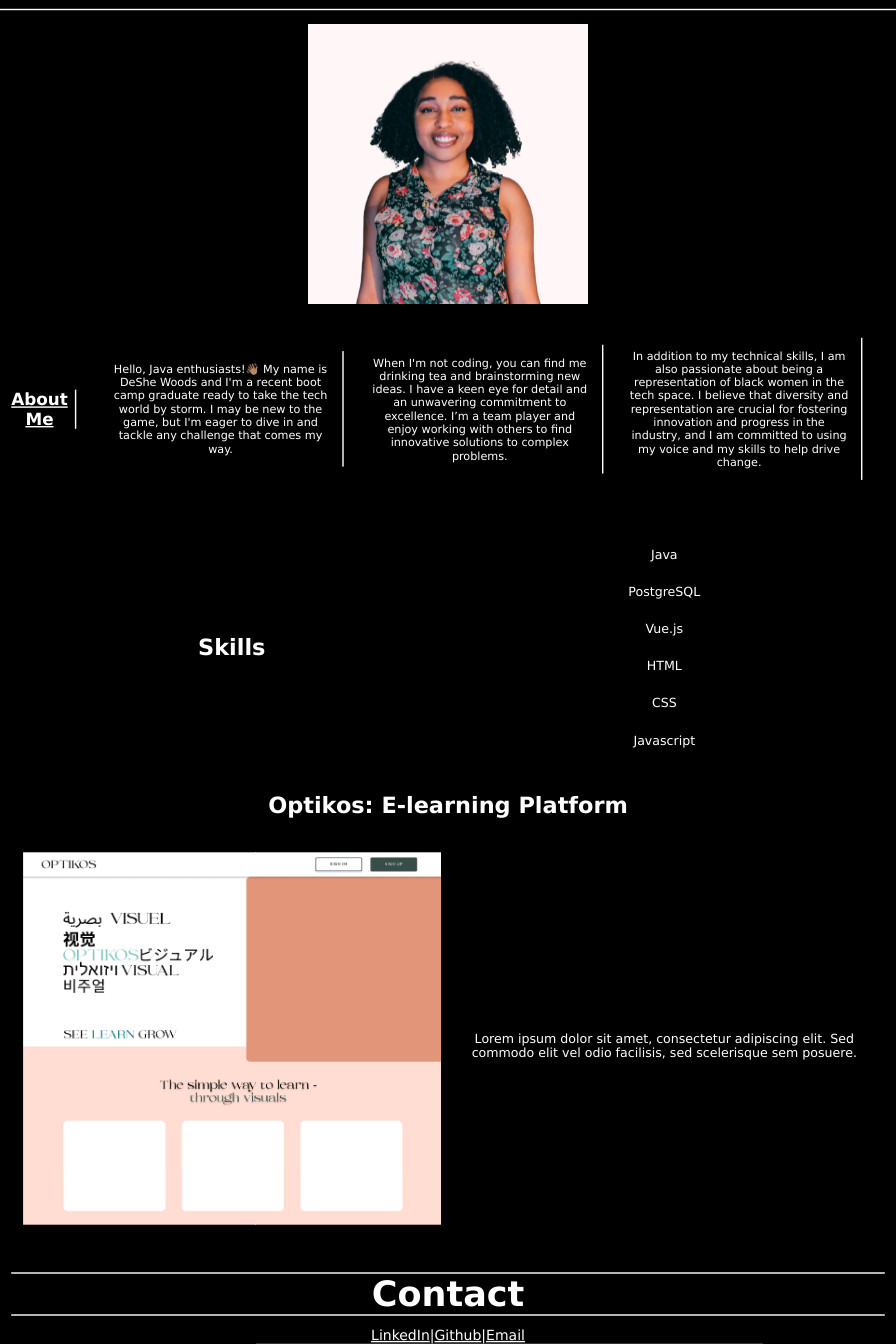
Repository: woodsdeshe/portfolio
Page: index.html
These files come from the project's save history. The page is drawn as it stood at one moment and after the next save; the edit follows.
The browser window is 1280 px wide. The pictures show the part of the page from y = 801 to 2721 px (the page is 2721 px tall before and 2346 px after), at 70% of full size.
A picture or video elsewhere on the page could not be fetched, so the positions and the page height are approximate. Some web fonts or font styles are not loaded; a fallback is used.

Above is the page before, as saved 2023-06-11 12:09:43.

After the next save:
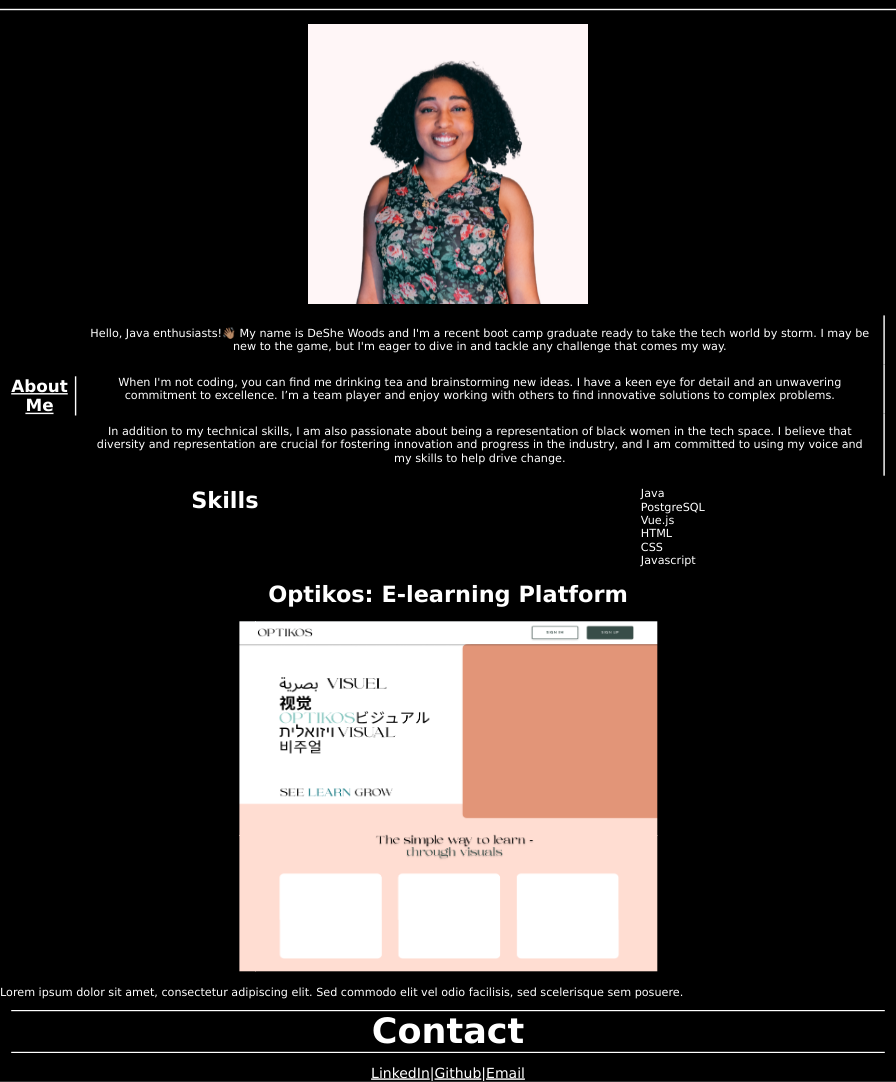
Saved 52 s later.
--- a/style.css
+++ b/style.css
@@ -138,51 +138,3 @@ footer a {
         box-shadow: inset 100px 0 0 0 #54b3d6;
         color: white;
       }
-
-      .about-me-content {
-        display: grid;
-        grid-template-columns: repeat(auto-fit, minmax(250px, 1fr));
-        grid-gap: 20px;
-        justify-items: center;
-        align-items: center;
-        padding: 2rem;
-        text-align: center;
-      }
-
-      .skills-content {
-        display: grid;
-        grid-template-columns: repeat(auto-fit, minmax(200px, 1fr));
-        grid-gap: 20px;
-        justify-items: center;
-        align-items: center;
-        padding: 2rem;
-        text-align: center;
-      }
-
-      .optikos-content {
-        display: grid;
-        grid-template-columns: 1fr 1fr;
-        grid-gap: 20px;
-        justify-items: center;
-        align-items: center;
-        text-align: center;
-        padding: 2rem;
-      }
-
-      .optikos img {
-        max-width: 100%;
-        height: auto;
-      }
-
-      .skills-content h1,
-      .optikos h1 {
-        margin: 0;
-        padding: 1rem;
-      }
-
-      .skills-content p,
-      .optikos p {
-        margin: 0;
-        padding: 1rem;
-        font-size: 18px;
-      }
